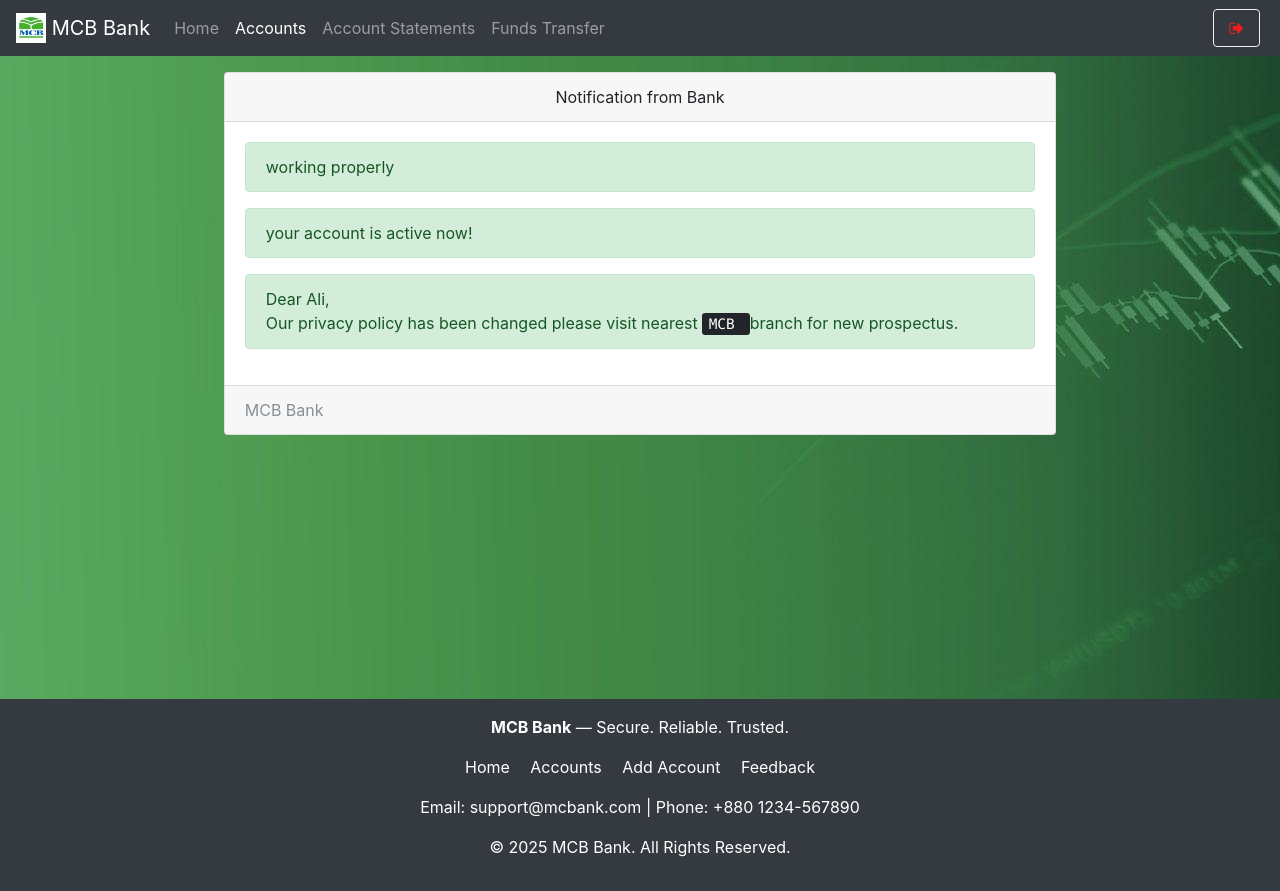
Repository: mhbshimla/my-bank
Page: http://localhost/notice.php
These files come from the project's save history. The page is drawn as it stood at one moment and after the next save; the edit follows.
The browser window is 1280 px wide. The pictures show the whole page.
The page is run by PHP 8.4 with error messages shown; the project is at /var/www/html/. The session is filled in as if someone had signed in: {"userId": 2, "user": {"id": 2, "email": "some2@gmail.com", "name": "Ali khan", "balance": 56000, "nid": "3210375555343", "number": "03356910260", "city": "Islamabad", "address": "Some where in isb", "source": "Programmer", "accountNo": 10054777, "branch": 1, "accountType": "Saving", "date": "2017-12-14 04:50:06"}, "cashId": 2, "managerId": 2}. Other server files are loaded and not shown. The database holds what the project's SQL file puts in it.

Above is the page before, as saved 2025-10-20 20:51:53.

### notice.php
<?php
session_start();
if(!isset($_SESSION['userId'])){ header('location:login.php');}
?>
<!DOCTYPE html>
<html>
<head>
  <title>Banking</title>
  <?php require 'assets/autoloader.php'; ?>
  <?php require 'assets/db.php'; ?>
  <?php require 'assets/function.php'; ?>
</head>
<!-- <body style="background: url('images/mdashboard-bg.jpg') no-repeat center center; background-size: cover;"> -->
    <body class="min-h-screen bg-cover bg-center bg-no-repeat" style="background-image: url('images/mdashboard-bg.jpg');">
<nav class="navbar navbar-expand-lg navbar-dark bg-dark fixed-top">
 <a class="navbar-brand" href="#">
    <img src="images/logo.png" width="30" height="30" class="d-inline-block align-top" alt="">
   <!--  <i class="d-inline-block  fa fa-building fa-fw"></i> --><?php echo bankName; ?>
  </a>
  <button class="navbar-toggler" type="button" data-toggle="collapse" data-target="#navbarSupportedContent" aria-controls="navbarSupportedContent" aria-expanded="false" aria-label="Toggle navigation">
    <span class="navbar-toggler-icon"></span>
  </button>

  <div class="collapse navbar-collapse" id="navbarSupportedContent">
    <ul class="navbar-nav mr-auto">
      <li class="nav-item ">
        <a class="nav-link " href="index.php">Home <span class="sr-only">(current)</span></a>
      </li>
      <li class="nav-item active ">  <a class="nav-link" href="accounts.php">Accounts</a></li>
      <li class="nav-item ">  <a class="nav-link" href="statements.php">Account Statements</a></li>
      <li class="nav-item ">  <a class="nav-link" href="transfer.php">Funds Transfer</a></li>
      <!-- <li class="nav-item ">  <a class="nav-link" href="profile.php">Profile</a></li> -->


    </ul>
    <?php include 'sideButton.php'; ?>

  </div>
</nav><br><br><br>
<div class="container">
  <div class="card  w-75 mx-auto">
  <div class="card-header text-center">
    Notification from Bank
  </div>
  <div class="card-body">
    <?php
      $array = $con->query("select * from notice where userId = '$_SESSION[userId]' order by date desc");
      if ($array->num_rows > 0)
      {
        while ($row = $array->fetch_assoc())
        {
          echo "<div class='alert alert-success'>$row[notice]</div>";
        }
      }
      else
        echo "<div class='alert alert-info'>Notice box empty</div>";
     ?>
  </div>
  <div class="card-footer text-muted">
   <?php echo bankName ?>
  </div>
</div>
</div> <br> <br> <br> <br> <br> <br> <br> <br> <br>

<footer class="bg-dark text-white text-center py-3 mt-5 mb-0">
  <div class="container">
    <p><strong>MCB Bank</strong> — Secure. Reliable. Trusted.</p>
    <p>
      <a href="mindex.php" class="text-white mx-2">Home</a>
      <a href="maccounts.php" class="text-white mx-2">Accounts</a>
      <a href="maddnew.php" class="text-white mx-2">Add Account</a>
      <a href="mfeedback.php" class="text-white mx-2">Feedback</a>
    </p>
    <p>Email: support@mcbank.com | Phone: +880 1234-567890</p>
    <p>&copy; <?php echo date("Y"); ?> MCB Bank. All Rights Reserved.</p>
  </div>
</footer>
</body>
</html>

### assets/autoloader.php

<link rel="stylesheet" type="text/css" href="css/bootstrap.min.css">
<link rel="stylesheet" type="text/css" href="css/custom.css">
<link rel="stylesheet" type="text/css" href="font-awesome/css/font-awesome.min.css">
<script src='js/jquery-3.2.1.min.js'></script>
<script src='js/popper.min.js'></script>
<script src='js/bootstrap.min.js'></script>

### assets/db.php
<?php
if (session_status() === PHP_SESSION_NONE) {
    session_start();
}

// ✅ Auto-switch between localhost and InfinityFree
if (in_array($_SERVER['SERVER_NAME'], ['localhost', '127.0.0.1'])) {
    // Localhost (XAMPP/WAMP)
    $con = new mysqli('localhost', 'root', '', 'mybank');
} else {
    // InfinityFree (Live Hosting)
    $con = new mysqli('sql100.infinityfree.com', 'if0_40476525', 'banK12345', 'if0_40476525_mybank');
}

// ✅ Connection check
if ($con->connect_error) {
    die("Database connection failed: " . $con->connect_error);
}

// ✅ Bank name constant
define('bankName', 'MCB Bank');

// ✅ Fetch user data safely if logged in
$userData = null;
if (isset($_SESSION['userId'])) {
    $stmt = $con->prepare("
        SELECT *
        FROM userAccounts
        JOIN branch ON userAccounts.branch = branch.branchId
        WHERE userAccounts.id = ?
    ");
    if ($stmt) {
        $stmt->bind_param("i", $_SESSION['userId']);
        $stmt->execute();
        $result   = $stmt->get_result();
        $userData = $result->fetch_assoc();
        $stmt->close();
    }
}
?>
<!-- Tooltip initialization -->
<script type="text/javascript">
$(function () {
  $('[data-toggle="tooltip"]').tooltip();
});
</script>

### assets/function.php
<?php
function setBalance($amount,$process,$accountNo)
{
	$con = new mysqli('localhost','root','','mybank');
	$array = $con->query("select * from userAccounts where accountNo='$accountNo'");
	$row = $array->fetch_assoc();
	if ($process == 'credit')
	{
		$balance = $row['balance'] + $amount;
		return $con->query("update userAccounts set balance = '$balance' where accountNo = '$accountNo'");
	}else
	{
		$balance = $row['balance'] - $amount;
		return $con->query("update userAccounts set balance = '$balance' where accountNo = '$accountNo'");
	}
}
function setOtherBalance($amount,$process,$accountNo)
{
	$con = new mysqli('localhost','root','','mybank');
	$array = $con->query("select * from otheraccounts where accountNo='$accountNo'");
	$row = $array->fetch_assoc();
	if ($process == 'credit')
	{
		$balance = $row['balance'] + $amount;
		return $con->query("update otheraccounts set balance = '$balance' where accountNo = '$accountNo'");
	}else
	{
		$balance = $row['balance'] - $amount;
		return $con->query("update otheraccounts set balance = '$balance' where accountNo = '$accountNo'");
	}
}
function makeTransaction($action,$amount,$other)
{
	$con = new mysqli('localhost','root','','mybank');
	if ($action == 'transfer')
	{
		return $con->query("insert into transaction (action,debit,other,userId) values ('transfer','$amount','$other','$_SESSION[userId]')");
	}
	if ($action == 'withdraw')
	{
		return $con->query("insert into transaction (action,debit,other,userId) values ('withdraw','$amount','$other','$_SESSION[userId]')");

	}
	if ($action == 'deposit')
	{
		return $con->query("insert into transaction (action,credit,other,userId) values ('deposit','$amount','$other','$_SESSION[userId]')");

	}
}
function makeTransactionCashier($action,$amount,$other,$userId)
{
	$con = new mysqli('localhost','root','','mybank');
	if ($action == 'transfer')
	{
		return $con->query("insert into transaction (action,debit,other,userId) values ('transfer','$amount','$other','$userId')");
	}
	if ($action == 'withdraw')
	{
		return $con->query("insert into transaction (action,debit,other,userId) values ('withdraw','$amount','$other','$userId')");

	}
	if ($action == 'deposit')
	{
		return $con->query("insert into transaction (action,credit,other,userId) values ('deposit','$amount','$other','$userId')");

	}
}
 ?>

### sideButton.php
<form class="form-inline my-2 my-lg-0">
        <!-- <a href="" class="btn btn-outline-success" data-toggle="tooltip" title="Your current Account Balance">Acount Balance : Rs.<?php echo $userData['balance']; ?></a>
        <a href="accounts.php" data-toggle="tooltip" title="Account Summary" class="btn btn-outline-primary mx-1" ><i class="fa fa-book fa-fw"></i></a>
        <a href="notice.php" data-toggle="tooltip" title="View Notice" class="btn btn-outline-primary mx-1" ><i class="fa fa-envelope fa-fw"></i></a>
        <a href="feedback.php" data-toggle="tooltip" title="Help?" class="btn btn-outline-info mx-1" ><i class="fa fa-question fa-fw"></i></a>-->
        <a href="logout.php" data-toggle="tooltip" title="Logout" class="btn btn-outline-danger mx-1" ><i class="fa fa-sign-out fa-fw"></i></a>
        <style>
.btn-outline-danger {
  color: #e91d1dff;
  border-color: #f6efefff;
  transition: all 0.3s ease;
}

.btn-outline-danger:hover {
  background-color: #e91d1dff;
  color: white;
  box-shadow: 0 0 10px rgba(96, 105, 26, 0.6);
}
</style>

</form>

### css/custom.css
.omit1{background: rgba(0,0,0,0.1);}
.omit2{background: rgba(0,0,0,0.2);}
.omit3{background: rgba(0,0,0,0.3);}
.omit4{background: rgba(0,0,0,0.4);}
.omit5{background: rgba(0,0,0,0.5);}
.omit6{background: rgba(0,0,0,0.6);}
.omit7{background: rgba(0,0,0,0.7);}
.omit8{background: rgba(0,0,0,0.8);}
.omit9{background: rgba(0,0,0,0.9);}

.shadowBlack{box-shadow: 2px 2px 11px black}
.shadowGreen{box-shadow: 2px 2px 11px green}
.shadowBlue{box-shadow: 2px 2px 11px blue}
.shadowWhite{box-shadow: 2px 2px 11px white}

### Database/mybank (1).sql (the tables this page reads)
CREATE TABLE `branch` (
  `branchId` int(11) NOT NULL,
  `branchNo` varchar(111) NOT NULL,
  `branchName` varchar(111) NOT NULL
) ENGINE=InnoDB DEFAULT CHARSET=latin1 COLLATE=latin1_swedish_ci;

INSERT INTO `branch` (`branchId`, `branchNo`, `branchName`) VALUES
(1, '100101', 'Dhaka'),
(2, '100102', 'Sylhet');

ALTER TABLE `branch`
  ADD PRIMARY KEY (`branchId`);

ALTER TABLE `branch`
  MODIFY `branchId` int(11) NOT NULL AUTO_INCREMENT, AUTO_INCREMENT=3;

CREATE TABLE `notice` (
  `id` int(11) NOT NULL,
  `userId` varchar(111) NOT NULL,
  `notice` text NOT NULL,
  `date` timestamp NOT NULL DEFAULT current_timestamp()
) ENGINE=InnoDB DEFAULT CHARSET=latin1 COLLATE=latin1_swedish_ci;

INSERT INTO `notice` (`id`, `userId`, `notice`, `date`) VALUES
(1, '1', 'Dear Customer! <br> OUr privacy policy is changed for account information get new prospectus from your nearest branch', '2017-12-14 13:11:46'),
(6, '2', 'Dear Ali,<br>\r\nOur privacy policy has been changed please visit nearest <kbd> MCB </kbd> branch for new prospectus.', '2017-12-16 06:29:23'),
(7, '8', 'you account created successfully!', '2025-08-17 15:57:42'),
(8, '9', 'your account created successfully!', '2025-08-17 16:00:32'),
(9, '6', 'hey your account in safe!', '2025-10-13 14:19:19'),
(10, '11', 'your account has been created successfully!', '2025-10-13 14:25:32'),
(11, '12', 'thanks for your patience', '2025-10-14 04:37:35'),
(12, '2', 'your account is active now!', '2025-10-19 07:40:42'),
(13, '10', 'can you get my message', '2025-10-27 17:14:26'),
(14, '2', 'working properly', '2025-10-27 17:15:58'),
(15, '13', 'Your account has been created successfully! Thanks for your patience. Wish you a happy and safe banking!', '2025-11-08 14:30:00'),
(16, '13', 'Happy Banking!', '2025-11-17 14:48:58');

ALTER TABLE `notice`
  ADD PRIMARY KEY (`id`);

ALTER TABLE `notice`
  MODIFY `id` int(11) NOT NULL AUTO_INCREMENT, AUTO_INCREMENT=17;

CREATE TABLE `useraccounts` (
  `id` int(11) NOT NULL,
  `email` text NOT NULL,
  `password` text NOT NULL,
  `name` varchar(111) NOT NULL,
  `balance` varchar(111) NOT NULL,
  `nid` varchar(111) NOT NULL,
  `number` varchar(111) NOT NULL,
  `city` varchar(111) NOT NULL,
  `address` varchar(111) NOT NULL,
  `source` varchar(111) NOT NULL,
  `accountNo` varchar(111) NOT NULL,
  `branch` varchar(111) NOT NULL,
  `accountType` varchar(111) NOT NULL,
  `date` timestamp NOT NULL DEFAULT current_timestamp()
) ENGINE=InnoDB DEFAULT CHARSET=latin1 COLLATE=latin1_swedish_ci;

INSERT INTO `useraccounts` (`id`, `email`, `password`, `name`, `balance`, `nid`, `number`, `city`, `address`, `source`, `accountNo`, `branch`, `accountType`, `date`) VALUES
(2, 'some2@gmail.com', 'some2', 'Ali khan', '56000', '3210375555343', '03356910260', 'Islamabad', 'Some where in isb', 'Programmer', '10054777', '1', 'Saving', '2017-12-14 04:50:06'),
(6, 'realx4rd@gmail.com', 'afsdfasd', 'Fayyaz Khan', '234234', '3240338834902', '03356910260', 'Taunsa', 'Dera Ghazi Khan', 'Govt. job', '1513410739', '1', 'saving', '2017-12-16 07:52:40'),
(7, 'realx4rd@gmail.com', 'safsadf', 'Fayyaz Khan', '12121', '3240338834902', '03356910260', 'Taunsa', 'Dera Ghazi Khan', 'Govt. job', '1513410837', '1', 'current', '2017-12-16 07:54:18'),
(8, 'uracc@gmail.com', 'uracc', 'uracc', '500', '1', '01890040951', 'sylhet', 'south surma,sylhet', 'business', '1755446085', '1', 'current', '2025-08-17 15:56:42'),
(10, 'sjahan@gmail.com', 'sjahan', 'shuborna', '9993565', '1', '01562536474', 'dhaka', 'north south surma', 'business', '1757345500', '2', 'saving', '2025-09-08 15:35:00'),
(11, 'ayana10@gmail.com', 'ayana10', 'Ayana Hussain', '13000000', '205364253', '01853462422', 'sylhet', 'south surma,sylhet', 'business', '1760365343', '2', 'saving', '2025-10-13 14:24:20'),
(12, 'shimla09@gmail.com', 'shimla09', 'shimla', '14390244', '4235345666', '01853524345', 'sylhet', 'south surma,sylhet', 'job', '1760416459', '1', 'current', '2025-10-14 04:36:47'),
(13, 'arib05@gmail.com', 'arib05', 'arib', '2476544', '1234414302', '01804414302', 'Sylhet', 'South Surma, Sylhet-3100', 'business', '1762611572', '2', 'saving', '2025-11-08 14:22:38');

ALTER TABLE `useraccounts`
  ADD PRIMARY KEY (`id`);

ALTER TABLE `useraccounts`
  MODIFY `id` int(11) NOT NULL AUTO_INCREMENT, AUTO_INCREMENT=14;

Loaded but not shown: css/bootstrap.min.css (library); font-awesome/css/font-awesome.min.css (library); js/jquery-3.2.1.min.js (library); js/popper.min.js (library); js/bootstrap.min.js (library)

After the next save:
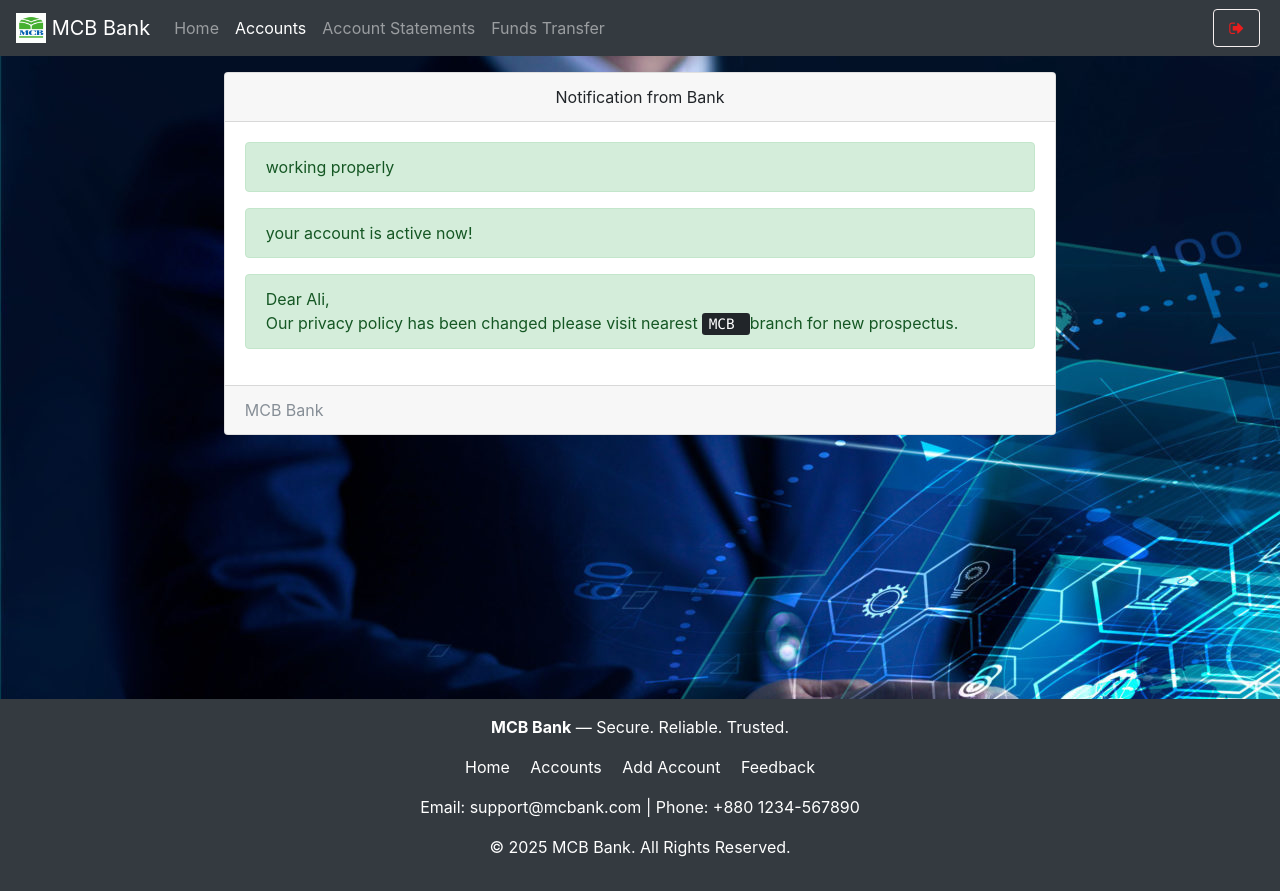
Saved 102 s later.
--- a/notice.php
+++ b/notice.php
@@ -11,7 +11,7 @@
   <?php require 'assets/function.php'; ?>
 </head>
 <!-- <body style="background: url('images/mdashboard-bg.jpg') no-repeat center center; background-size: cover;"> -->
-    <body class="min-h-screen bg-cover bg-center bg-no-repeat" style="background-image: url('images/mdashboard-bg.jpg');">
+    <body class="min-h-screen bg-cover bg-center bg-no-repeat" style="background-image: url('images/bg-login5.jpg');">
 <nav class="navbar navbar-expand-lg navbar-dark bg-dark fixed-top">
  <a class="navbar-brand" href="#">
     <img src="images/logo.png" width="30" height="30" class="d-inline-block align-top" alt="">
